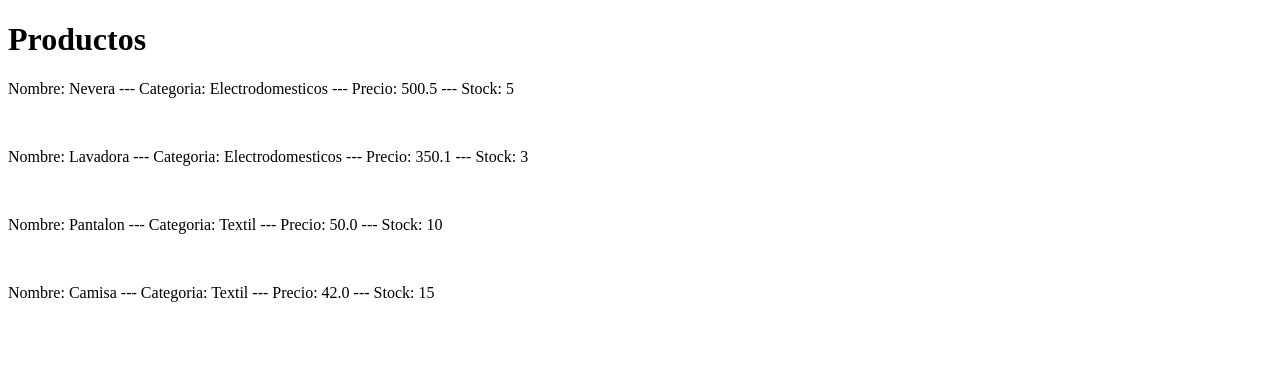
Repository: scgil/master-java
Page: http://localhost/Almacen/ListarServlet
These files come from the project's save history. The page is drawn as it stood at one moment and after the next save; the edit follows.
The browser window is 1280 px wide. The pictures show the whole page.
The page is served by Tomcat 10.

Above is the page before, as saved 2024-12-17 13:18:10.

After the next save:
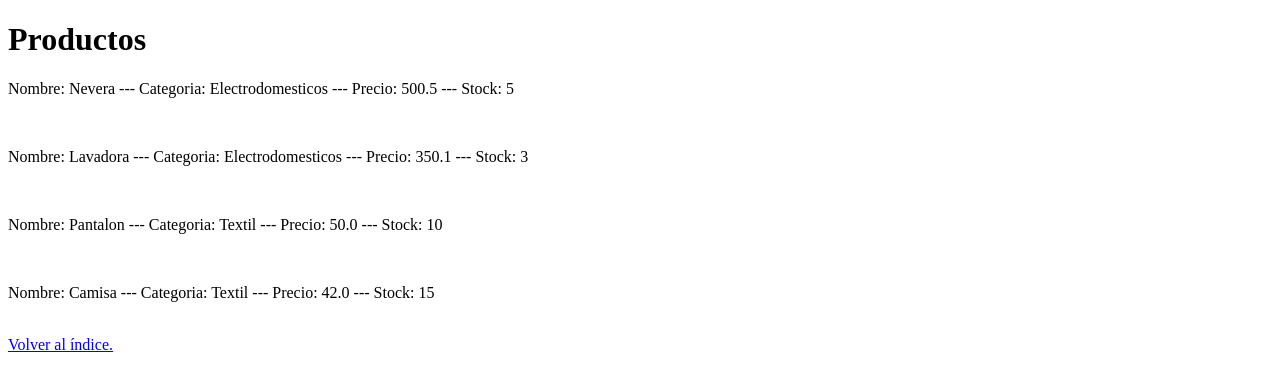
Saved 50 min 53 s later.
--- a/Semana2/Almacen/src/main/webapp/listar.jsp
+++ b/Semana2/Almacen/src/main/webapp/listar.jsp
@@ -27,7 +27,7 @@ for(Producto producto: productos){
 
 <%} %>
 
-
+<a href='index.html'>Volver al índice.</a>
 
 
 </body>
